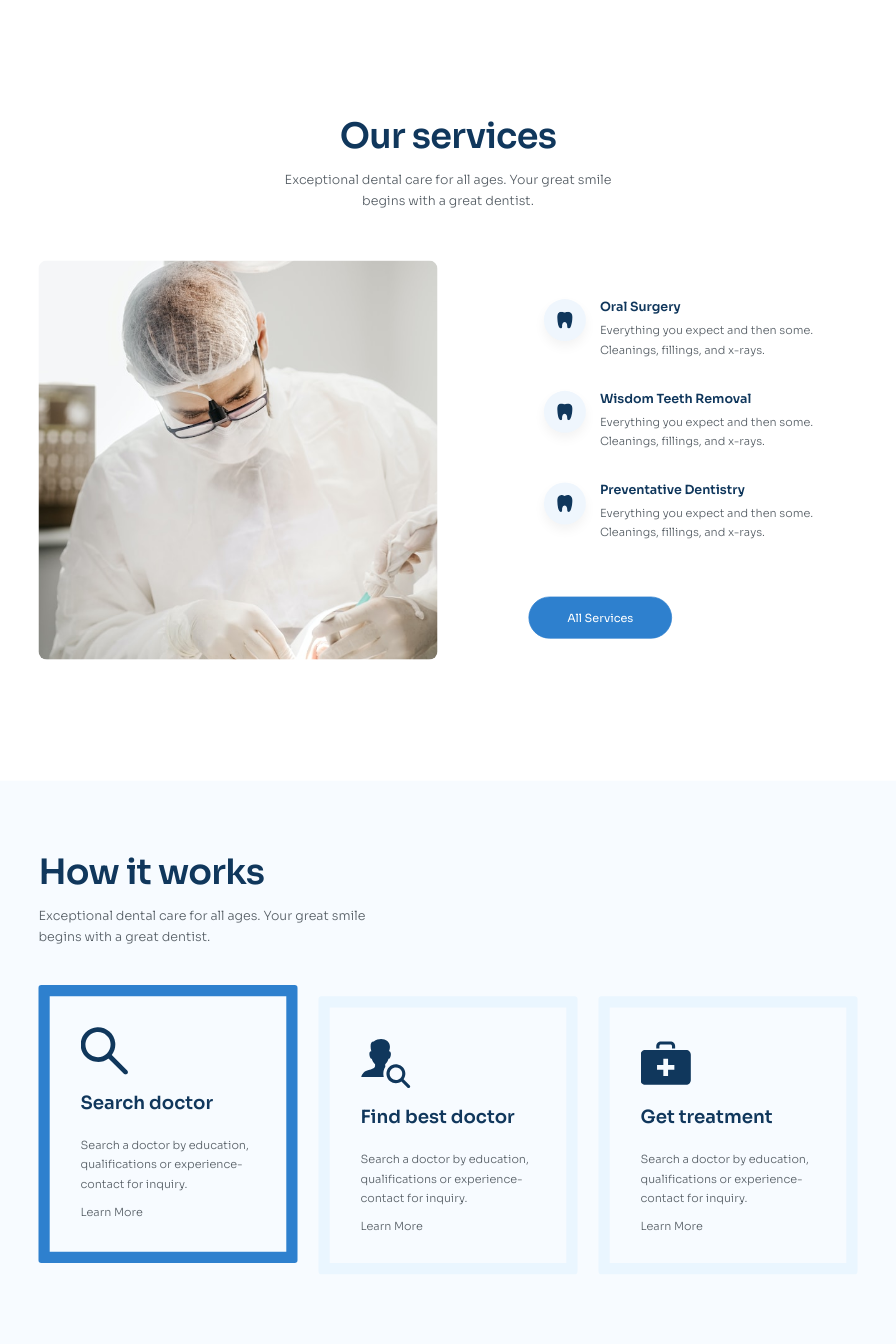
Repository: anhtien111198/f8-htmlcss-03
Page: index.html
These files come from the project's save history. The page is drawn as it stood at one moment and after the next save; the edit follows.
The browser window is 1280 px wide. The pictures show the part of the page from y = 726 to 2646 px (the page is 2646 px tall), at 70% of full size.
The pointer rests on the first visible `.work-item`.

Above is the page before, as saved 2023-05-13 14:41:12.

### index.html
<!DOCTYPE html>
<html lang="en">
    <head>
        <meta charset="UTF-8" />
        <meta http-equiv="X-UA-Compatible" content="IE=edge" />
        <meta name="viewport" content="width=device-width, initial-scale=1.0" />
        <title>shine smile</title>
        <!-- favicon -->
        <link
            rel="apple-touch-icon"
            sizes="57x57"
            href="./assets/favicon/apple-icon-57x57.png"
        />
        <link
            rel="apple-touch-icon"
            sizes="60x60"
            href="./assets/favicon/apple-icon-60x60.png"
        />
        <link
            rel="apple-touch-icon"
            sizes="72x72"
            href="./assets/favicon/apple-icon-72x72.png"
        />
        <link
            rel="apple-touch-icon"
            sizes="76x76"
            href="./assets/favicon/apple-icon-76x76.png"
        />
        <link
            rel="apple-touch-icon"
            sizes="114x114"
            href="./assets/favicon/apple-icon-114x114.png"
        />
        <link
            rel="apple-touch-icon"
            sizes="120x120"
            href="./assets/favicon/apple-icon-120x120.png"
        />
        <link
            rel="apple-touch-icon"
            sizes="144x144"
            href="./assets/favicon/apple-icon-144x144.png"
        />
        <link
            rel="apple-touch-icon"
            sizes="152x152"
            href="./assets/favicon/apple-icon-152x152.png"
        />
        <link
            rel="apple-touch-icon"
            sizes="180x180"
            href="./assets/favicon/apple-icon-180x180.png"
        />
        <link
            rel="icon"
            type="image/png"
            sizes="192x192"
            href="./assets/favicon/android-icon-192x192.png"
        />
        <link
            rel="icon"
            type="image/png"
            sizes="32x32"
            href="./assets/favicon/favicon-32x32.png"
        />
        <link
            rel="icon"
            type="image/png"
            sizes="96x96"
            href="./assets/favicon/favicon-96x96.png"
        />
        <link
            rel="icon"
            type="image/png"
            sizes="16x16"
            href="./assets/favicon/favicon-16x16.png"
        />
        <link rel="manifest" href="./assets/favicon/manifest.json" />
        <meta name="msapplication-TileColor" content="#ffffff" />
        <meta
            name="msapplication-TileImage"
            content="./assets/favicon/ms-icon-144x144.png"
        />
        <meta name="theme-color" content="#ffffff" />
        <!-- font -->
        <link rel="preconnect" href="https://fonts.googleapis.com" />
        <link rel="preconnect" href="https://fonts.gstatic.com" crossorigin />
        <link
            href="https://fonts.googleapis.com/css2?family=Sora:wght@200;300;400;500;600;700;800&display=swap"
            rel="stylesheet"
        />
        <!-- reset css -->
        <link rel="stylesheet" href="./assets/css/reset.css" />
        <!-- style css -->
        <link rel="stylesheet" href="./assets/css/style.css" />
    </head>
    <body>
        <!-- header -->
        <header class="header">
            <div class="container">
                <!-- header top -->
                <div class="header-top">
                    <!-- logo -->
                    <a href="/">
                        <div class="logo">
                            <span class="logo__circle"></span>
                            <span class="logo__text">
                                <span class="logo__brand">shine</span>
                                <span class="logo__brand logo__brand--small">
                                    smile
                                </span>
                            </span>
                        </div>
                    </a>
                    <!-- navbar -->
                    <nav class="navbar">
                        <ul class="navbar__list">
                            <li class="navbar__item">
                                <a
                                    href="#!"
                                    class="navbar__link navbar__link--active"
                                >
                                    Home
                                </a>
                            </li>
                            <li class="navbar__item">
                                <a href="#!" class="navbar__link">Services</a>
                            </li>
                            <li class="navbar__item">
                                <a href="#!" class="navbar__link">About</a>
                            </li>
                            <li class="navbar__item">
                                <a href="#!" class="navbar__link">Doctors</a>
                            </li>
                        </ul>
                    </nav>
                    <!-- action -->
                    <div class="header-action">
                        <a href="#!" class="header-action__login">Log In</a>
                        <button href="#!" class="btn header-action__signup">
                            Sign Up
                        </button>
                    </div>
                </div>
                <!-- Hero -->
                <section class="hero">
                    <!-- hero content -->
                    <section class="hero__content">
                        <h1 class="hero__heading">
                            Exceptional dental care for all ages.
                        </h1>
                        <p class="hero__desc">
                            Exceptional dental care for all ages. Your great
                            smile begins with a great dentist.
                        </p>
                        <div class="hero__row">
                            <a href="" class="btn">Book Online</a>
                            <span class="hero__phone"
                                >or call (123) 456-7890</span
                            >
                        </div>
                    </section>
                    <!-- hero media -->
                    <div class="hero__media">
                        <figure class="hero__images">
                            <img
                                src="./assets/image/hero-01jpg.jpg"
                                alt=""
                                class="hero__img"
                            />
                            <img
                                src="./assets/image/hero-02.jpg"
                                alt=""
                                class="hero__img"
                            />
                        </figure>
                    </div>
                </section>
            </div>
        </header>
        <main style="height: 5000">
            <!-- service -->
            <section class="service">
                <div class="container">
                    <h2 class="service__heading section-heading">
                        Our services
                    </h2>
                    <p class="service__desc section-desc">
                        Exceptional dental care for all ages. Your great smile
                        begins with a great dentist.
                    </p>
                    <div class="service__row">
                        <figure class="service__images">
                            <img
                                src="./assets/image/service-1.jpg"
                                alt=""
                                class="service__img"
                            />
                        </figure>
                        <div>
                            <div class="service__list">
                                <!-- service item 1 -->
                                <section class="service-item">
                                    <div class="service-item__icon">
                                        <svg
                                            width="22"
                                            height="24"
                                            viewBox="0 0 22 24"
                                            fill="none"
                                            xmlns="http://www.w3.org/2000/svg"
                                        >
                                            <path
                                                d="M20.3598 2.63964C17.9506 -0.556131 14.2772 -0.568132 11.2481 1.10682C11.001 1.24657 10.7219 1.31411 10.4406 1.30222C10.1592 1.29033 9.88633 1.19945 9.65105 1.03931C8.49552 0.245717 7.29036 -0.316477 5.13904 0.207462C0.623408 1.3071 0 4.90379 0 8.99816C0.0797353 12.1602 0.500857 15.3032 1.25551 18.3683C2.11836 22.0168 3.90382 24 5.43354 24C6.96326 24 7.00963 22.2204 7.00963 20.8016C7.00963 19.2009 7.39505 14.8009 10.8642 14.8009C13.5317 14.8009 14.3333 18.4013 14.3333 20.8016C14.3329 23.095 15.1722 24 16.6628 24C19.5267 24 20.9796 15.3938 21.3719 13.1237C21.7642 10.8535 22.9882 6.12569 20.3598 2.63964Z"
                                                fill="currentColor"
                                            />
                                        </svg>
                                    </div>
                                    <div class="service-item__body">
                                        <h3 class="service-item__heading">
                                            Oral Surgery
                                        </h3>
                                        <p class="service-item__desc">
                                            Everything you expect and then some.
                                            Cleanings, fillings, and x-rays.
                                        </p>
                                    </div>
                                </section>
                                <!-- service item 2 -->
                                <section class="service-item">
                                    <div class="service-item__icon">
                                        <svg
                                            width="22"
                                            height="24"
                                            viewBox="0 0 22 24"
                                            fill="none"
                                            xmlns="http://www.w3.org/2000/svg"
                                        >
                                            <path
                                                d="M20.3598 2.63964C17.9506 -0.556131 14.2772 -0.568132 11.2481 1.10682C11.001 1.24657 10.7219 1.31411 10.4406 1.30222C10.1592 1.29033 9.88633 1.19945 9.65105 1.03931C8.49552 0.245717 7.29036 -0.316477 5.13904 0.207462C0.623408 1.3071 0 4.90379 0 8.99816C0.0797353 12.1602 0.500857 15.3032 1.25551 18.3683C2.11836 22.0168 3.90382 24 5.43354 24C6.96326 24 7.00963 22.2204 7.00963 20.8016C7.00963 19.2009 7.39505 14.8009 10.8642 14.8009C13.5317 14.8009 14.3333 18.4013 14.3333 20.8016C14.3329 23.095 15.1722 24 16.6628 24C19.5267 24 20.9796 15.3938 21.3719 13.1237C21.7642 10.8535 22.9882 6.12569 20.3598 2.63964Z"
                                                fill="currentColor"
                                            />
                                        </svg>
                                    </div>
                                    <div class="service-item__body">
                                        <h3 class="service-item__heading">
                                            Wisdom Teeth Removal
                                        </h3>
                                        <p class="service-item__desc">
                                            Everything you expect and then some.
                                            Cleanings, fillings, and x-rays.
                                        </p>
                                    </div>
                                </section>
                                <!-- service item 3 -->
                                <section class="service-item">
                                    <div class="service-item__icon">
                                        <svg
                                            width="22"
                                            height="24"
                                            viewBox="0 0 22 24"
                                            fill="none"
                                            xmlns="http://www.w3.org/2000/svg"
                                        >
                                            <path
                                                d="M20.3598 2.63964C17.9506 -0.556131 14.2772 -0.568132 11.2481 1.10682C11.001 1.24657 10.7219 1.31411 10.4406 1.30222C10.1592 1.29033 9.88633 1.19945 9.65105 1.03931C8.49552 0.245717 7.29036 -0.316477 5.13904 0.207462C0.623408 1.3071 0 4.90379 0 8.99816C0.0797353 12.1602 0.500857 15.3032 1.25551 18.3683C2.11836 22.0168 3.90382 24 5.43354 24C6.96326 24 7.00963 22.2204 7.00963 20.8016C7.00963 19.2009 7.39505 14.8009 10.8642 14.8009C13.5317 14.8009 14.3333 18.4013 14.3333 20.8016C14.3329 23.095 15.1722 24 16.6628 24C19.5267 24 20.9796 15.3938 21.3719 13.1237C21.7642 10.8535 22.9882 6.12569 20.3598 2.63964Z"
                                                fill="currentColor"
                                            />
                                        </svg>
                                    </div>
                                    <div class="service-item__body">
                                        <h3 class="service-item__heading">
                                            Preventative Dentistry
                                        </h3>
                                        <p class="service-item__desc">
                                            Everything you expect and then some.
                                            Cleanings, fillings, and x-rays.
                                        </p>
                                    </div>
                                </section>
                            </div>
                            <a href="#!" class="btn">All Services</a>
                        </div>
                    </div>
                </div>
            </section>
            <!-- how its works -->
            <section class="work">
                <div class="container">
                    <h2 class="section-heading">How it works</h2>
                    <p class="section-desc work__desc">
                        Exceptional dental care for all ages. Your great smile
                        begins with a great dentist.
                    </p>
                    <div class="work__list">
                        <!-- work item 1 -->
                        <div class="work-item">
                            <img
                                src="./assets/icons/search.svg"
                                alt=""
                                class="work-item__icon"
                            />
                            <h3 class="work-item__heading">Search doctor</h3>
                            <p class="work-item__desc">
                                Search a doctor by education, qualifications or
                                experience-contact for inquiry.
                            </p>
                            <a href="#!" class="work-item__more">Learn More</a>
                        </div>
                        <!-- work item 2 -->
                        <div class="work-item">
                            <img
                                src="./assets/icons/search-user.svg"
                                alt=""
                                class="work-item__icon"
                            />
                            <h3 class="work-item__heading">Find best doctor</h3>
                            <p class="work-item__desc">
                                Search a doctor by education, qualifications or
                                experience-contact for inquiry.
                            </p>
                            <a href="#!" class="work-item__more">Learn More</a>
                        </div>
                        <!-- work item 3 -->
                        <div class="work-item">
                            <img
                                src="./assets/icons/bag.svg"
                                alt=""
                                class="work-item__icon"
                            />
                            <h3 class="work-item__heading">Get treatment</h3>
                            <p class="work-item__desc">
                                Search a doctor by education, qualifications or
                                experience-contact for inquiry.
                            </p>
                            <a href="#!" class="work-item__more">Learn More</a>
                        </div>
                    </div>
                </div>
            </section>
        </main>
    </body>
</html>

### assets/css/style.css
* {
    box-sizing: border-box;
}
:root {
    --header-bg: #10375c;
}
html {
    font-size: 62.5%;
}
body {
    font-size: 1.6rem;
    font-family: "Sora", sans-serif;
}
/* ======Common========= */
a {
    text-decoration: none;
}
.container {
    width: 1170px;
    max-width: calc(100% - 48px);
    margin: 0 auto;
}
.btn {
    --height: 60px;
    display: inline-block;
    min-width: 205px;
    height: var(--height);
    padding: 0 20px;
    border-radius: 99px;
    border: 1px solid #2e80ce;
    font-size: 1.6rem;
    font-weight: 400;
    line-height: var(--height);
    color: #fff;
    text-align: center;
    background: #2e80ce;
}
.btn:hover {
    opacity: 0.9;
    cursor: pointer;
}
.section-heading {
    font-weight: 600;
    font-size: 5rem;
    line-height: 1.2;
    letter-spacing: -0.02em;
    color: #10375c;
}
.section-desc {
    margin-top: 18px;
    font-weight: 300;
    font-size: 1.8rem;
    line-height: 1.67;
    color: #575f66;
}
/* ========header============= */
.header {
    min-height: 100vh;
    padding-top: 30px;
    background: var(--header-bg);
}
.logo {
    position: relative;
    display: inline-flex;
    font-size: 1rem;
}
.logo__circle::after,
.logo__circle::before {
    content: "";
    display: inline-block;
    border-radius: 50%;
}
.logo__circle::before {
    width: 3em;
    height: 3em;
    background: #2e80ce;
}
.logo__circle::after {
    position: absolute;
    top: 1.1em;
    left: 1.1em;
    width: 1.6em;
    height: 1.6em;
    background: #ffffff;
}
.logo__text {
    margin-left: 0.6em;
    text-align: right;
    line-height: 1.6em;
}
.logo__brand {
    display: block;
    font-size: 1.8em;
    font-weight: 400;
    color: #ffffff;
}
.logo__brand--small {
    font-size: 1.2em;
    font-weight: 300;
}
/* ========Header top========== */
.header-top {
    display: flex;
    align-items: center;
    justify-content: space-between;
}
.navbar__list {
    display: flex;
}
.header-action__login,
.navbar__link {
    padding: 4px 21px;
    font-weight: 300;
    font-size: 1.6rem;
    color: #c9d2da;
}
.navbar__link:hover,
.navbar__link--active {
    color: #fff;
    text-shadow: 1px 0 0 currentColor;
}
.navbar__link--active::before {
    position: relative;
    top: -2px;
    left: -8px;
    content: "";
    display: inline-block;
    width: 6px;
    height: 6px;
    border-radius: 50%;
    background: #fff;
}
.header-action {
    display: flex;
    align-items: center;
}
.header-action__login {
    margin-right: 7px;
}
.header-action__signup {
    --height: 44px;
    min-width: 104px;
}
/* ========hero=========== */
.hero {
    display: flex;
    align-items: center;
    margin-top: 76px;
}
.hero__content {
    flex-shrink: 0;
    width: 44%;
}
.hero__media {
    flex-grow: 1;
}
.hero__heading {
    font-weight: 600;
    font-size: 7rem;
    line-height: 1.14;
    letter-spacing: -0.02em;
    color: #ffffff;
}
.hero__desc {
    margin-top: 22px;
    font-weight: 300;
    font-size: 1.8rem;
    line-height: 1.67;
    color: #c9d2da;
}
.hero__row {
    display: flex;
    align-items: center;
    margin-top: 38px;
}
.hero__phone {
    margin-left: 38px;
    font-weight: 400;
    font-size: 1.8rem;
    line-height: 1.67;
    color: #ffffff;
}
.hero__images {
    display: flex;
    align-items: center;
    justify-content: flex-end;
}
.hero__img {
    width: 330px;
    height: 540px;
    border-radius: 6px;
    object-fit: cover;
}
.hero__img:first-child {
    position: relative;
    margin-right: -6px;
}
.hero__img:last-child {
    width: 210px;
    height: 410px;
}
/* ========service=========== */
.service {
    padding: 170px 0;
}
.service__heading,
.service__desc {
    text-align: center;
}
.service__desc {
    width: 468px;
    margin-left: auto;
    margin-right: auto;
}
.service__row {
    display: flex;
    align-items: center;
    justify-content: space-between;
    margin-top: 70px;
}
.service__img {
    width: 570px;
    height: 570px;
    border-radius: 12px;
    object-fit: cover;
}
.service__list {
    margin-bottom: 55px;
}
/* =====service item========= */
.service-item {
    display: flex;
    width: 470px;
    padding: 22px;
    background: #ffffff;
    border-radius: 10px;
    transition: 0.25s;
}
.service-item:hover {
    position: relative;
    box-shadow: 0px 14px 28px rgba(0, 0, 0, 0.05);
}
.service-item:hover .service-item__icon {
    background: #2e80ce;
    color: #fff;
}
.service-item__icon {
    display: flex;
    align-items: center;
    justify-content: center;
    flex-shrink: 0;
    width: 60px;
    height: 60px;
    border-radius: 50%;
    color: #10375c;
    background: #eff6fd;
    box-shadow: 0px 8px 16px rgba(0, 0, 0, 0.05);
    transition: 0.25s;
}
.service-item__body {
    margin-left: 20px;
}
.service-item__heading {
    font-weight: 600;
    font-size: 1.8rem;
    line-height: 1.27;
    color: #10375c;
}
.service-item__desc {
    margin-top: 8px;
    font-weight: 300;
    font-size: 1.6rem;
    line-height: 1.75;
    color: #575f66;
}
/* ========work======= */
.work {
    padding: 100px 0;
    background: #f7fbff;
}
.work__desc {
    width: 468px;
}
.work__list {
    display: grid;
    grid-template-columns: repeat(3, 1fr);
    column-gap: 30px;
    margin-top: 70px;
}
.work-item {
    padding: 44px;
    border: 16px solid #eaf6ff;
    border-radius: 4px;
    transition: 0.25;
}
.work-item:hover {
    transform: translateY(-16px);
    border-color: #2e80ce;
}
.work-item__heading {
    margin-top: 20px;
    font-weight: 600;
    font-size: 2.6rem;
    line-height: 1.38;
    color: #10375c;
}
.work-item__desc {
    margin-top: 28px;
    font-weight: 300;
    font-size: 1.6rem;
    line-height: 1.75;
    color: #575f66;
}
.work-item__more {
    display: inline-block;
    margin-top: 18px;
    font-weight: 300;
    font-size: 1.6rem;
    color: #575f66;
}

Loaded but not shown: assets/css/reset.css (common file); assets/favicon/manifest.json (common file)

After the next save:
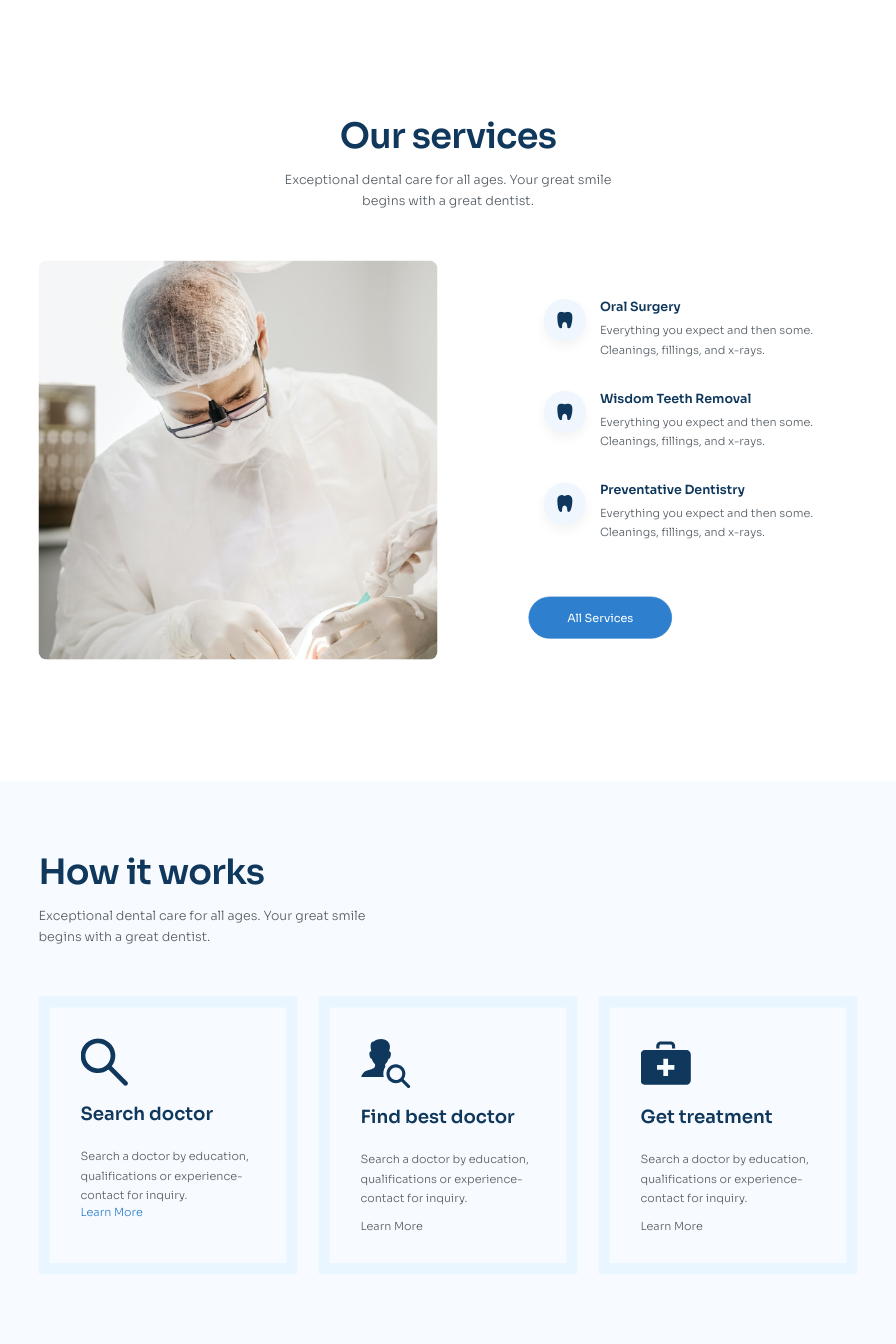
Saved 82 s later.
--- a/assets/css/style.css
+++ b/assets/css/style.css
@@ -293,9 +293,10 @@ a {
     border-radius: 4px;
     transition: 0.25;
 }
-.work-item:hover {
+.work-item:hover .work-item__more {
     transform: translateY(-16px);
     border-color: #2e80ce;
+    color: #2e80ce;
 }
 .work-item__heading {
     margin-top: 20px;
